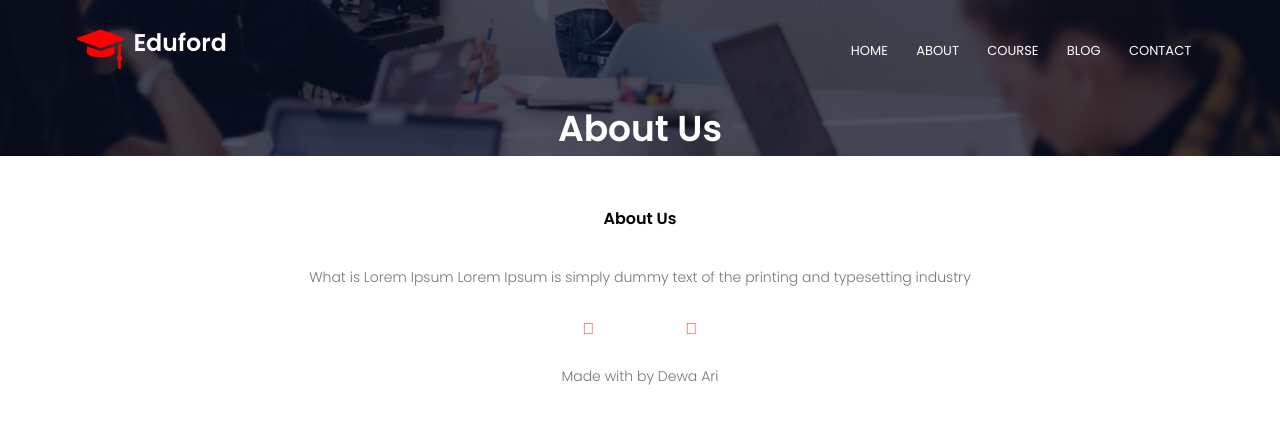
Repository: dewaary/company-profile
Page: about.html
The author's editor kept a copy of each file at every save. The page is drawn from the files as they stood at one save, then again after the next save.
The browser window is 1280 px wide. The pictures show the whole page.

Above is the page before, as saved 2021-05-07 23:16:14.

### about.html
<!DOCTYPE html>
<html lang="en">

<head>
    <meta charset="UTF-8" />
    <meta http-equiv="X-UA-Compatible" content="IE=edge" />
    <meta name="viewport" content="width=device-width, initial-scale=1.0" />
    <title>University Website Design</title>
    <link rel="stylesheet" href="style.css" />
    <link rel="preconnect" href="https://fonts.gstatic.com" />
    <link href="https://fonts.googleapis.com/css2?family=Poppins:wght@200;300;400;600;700&display=swap"
        rel="stylesheet" />
    <link rel="stylesheet"
        href="https://cdn.jsdelivr.net/npm/@fortawesome/fontawesome-free@5.15.3/css/fontawesome.min.css" />
</head>

<body>
    <section class="sub-header">
        <nav>
            <a href="index.html"><img src="images/logo.png" /></a>
            <div class="nav-links" id="navLinks">
                <i class="fa fa-times" onclick="hideMenu()"></i>
                <ul>
                    <li><a href="">HOME</a></li>
                    <li><a href="">ABOUT</a></li>
                    <li><a href="">COURSE</a></li>
                    <li><a href="">BLOG</a></li>
                    <li><a href="">CONTACT</a></li>
                </ul>
            </div>
            <i class="fa fa-bars" onclick="showMenu()"></i>
        </nav>
        <h1>About Us</h1>
    </section>



    <section class="footer">
        <h4>About Us</h4>
        <p>
            What is Lorem Ipsum Lorem Ipsum is simply dummy text of the printing and
            typesetting industry
        </p>
        <div class="icons">
            <i class="fa fa-facebook"></i>
            <i class="fa fa-Twitter"></i>
            <i class="fa fa-Instagram"></i>
            <i class="fa fa-linkedin"></i>
        </div>
        <p>Made with <i class="fa fa-heart-0"></i>by Dewa Ari</p>
    </section>

    <!---- Javascript for Toggle Menu ---->
    <script>
        var navLinks = document.getElementById("navLinks");

        function showMenu() {
            navLinks.style.right = "0";
        }
        function hideMenu() {
            navLinks.style.right = "-200px";
        }
    </script>
</body>

</html>

### style.css
* {
  margin: 0;
  padding: 0;
  font-family: "Poppins", sans-serif;
}

.header {
  min-height: 100vh;
  width: 100%;
  background-image: linear-gradient(rgba(4, 9, 30, 0.7), rgba(4, 9, 30, 0.7)),
    url(images/banner.png);
  background-position: center;
  background-size: cover;
  position: relative;
}

nav {
  display: flex;
  padding: 2% 6%;
  justify-content: space-between;
  align-items: center;
}

nav img {
  width: 150px;
}

.nav-links {
  flex: 1;
  text-align: right;
}

.nav-links ul li {
  list-style: none;
  display: inline-block;
  padding: 8px 12px;
  position: relative;
}

.nav-links ul li a {
  color: #fff;
  text-decoration: none;
  font-size: 13px;
}

.nav-links ul li::after {
  content: "";
  width: 0%;
  height: 2px;
  background: #f44336;
  display: block;
  margin: auto;
  transition: 0.5s;
}

.nav-links ul li:hover::after {
  width: 100%;
}

.text-box {
  width: 90%;
  color: #fff;
  position: absolute;
  top: 50%;
  left: 50%;
  transform: translate(-50%, -50%);
  text-align: center;
}

.text-box h1 {
  font-size: 62px;
}

.text-box p {
  margin: 10px 0 40px;
  font-size: 14px;
  color: #fff;
}

.hero-btn {
  display: inline-block;
  text-decoration: none;
  color: #fff;
  border: 1px solid #fff;
  padding: 12px 34px;
  font-size: 13px;
  background: transparent;
  position: relative;
  cursor: pointer;
}

.hero-btn:hover {
  border: 1px solid #f44336;
  background: #f44336;
  transition: 1s;
}

nav .fa {
  display: none;
}

@media (max-width: 700px) {
  .text-box h1 {
    font-size: 20px;
  }

  .nav-links ul li {
    display: block;
  }
  .nav-links {
    position: absolute;
    background: #f44336;
    height: 100vh;
    width: 200px;
    top: 0;
    right: -200px;
    text-align: left;
    z-index: 2;
    transition: 1s;
  }

  nav .fa {
    display: block;
    color: #fff;
    margin: 10px;
    font-size: 22px;
    cursor: pointer;
  }

  .nav-links ul {
    padding: 30px;
  }
}

/*---- Course ------ */

.course {
  width: 80%;
  margin: auto;
  text-align: center;
  padding-top: 100px;
}

h1 {
  font-size: 36px;
  font-weight: 600;
}

p {
  color: #777;
  font-size: 14px;
  font-weight: 300;
  line-height: 22px;
  padding: 10px;
}

.row {
  margin-top: 5%;
  display: flex;
  justify-content: space-between;
}

.course-col {
  flex-basis: 31%;
  background: #fff3f3;
  border-radius: 10px;
  margin-bottom: 5%;
  padding: 20px 12px;
  box-sizing: border-box;
  transition: 0.5s;
}

h3 {
  text-align: center;
  font-weight: 600;
  margin: 10px 0;
}

.course-col:hover {
  box-shadow: 0 0 20px 0px rgba(0, 0, 0, 0.2);
}

@media (max-width: 700px) {
  .row {
    flex-direction: column;
  }
}

.campus {
  width: 80%;
  margin: auto;
  text-align: center;
  padding-top: 50px;
}

.campus-col {
  flex-basis: 32%;
  border-radius: 10px;
  margin-bottom: 30px;
  position: relative;
  overflow: hidden;
}
.campus-col img {
  width: 100%;
  display: block;
}

.layer {
  background: transparent;
  height: 100%;
  width: 100%;
  position: absolute;
  top: 0;
  left: 0;
  transition: 0.5s;
}

.layer:hover {
  background: rgba(226, 0, 0, 0.7);
}

.layer h3 {
  width: 100%;
  font-weight: 500;
  color: #fff;
  font-size: 26px;
  bottom: 0;
  left: 50%;
  transform: translateX(-50%);
  position: absolute;
  transition: 0.5s;
}

.layer:hover h3 {
  bottom: 49%;
  opacity: 1;
}

.facilities {
  width: 80%;
  margin: auto;
  text-align: center;
  padding-top: 100px;
}

.facilities-col {
  flex-basis: 31%;
  border-radius: 10px;
  margin-bottom: 5%;
  text-align: left;
}

.facilities-col img {
  width: 100%;
  border-radius: 10px;
}

.facilities-col p {
  padding: 0%;
}

.facilities-col h3 {
  margin-top: 16px;
  margin-bottom: 15px;
  text-align: left;
}

.testimonials {
  width: 80%;
  margin: auto;
  padding-top: 100px;
  text-align: center;
}

.testimonials-col {
  flex-basis: 44%;
  border-radius: 10px;
  margin-bottom: 5%;
  text-align: left;
  background: #fff3f3;
  padding: 25px;
  cursor: pointer;
  display: flex;
}

.testimonials-col img {
  height: 40px;
  margin-left: 5px;
  margin-right: 30px;
  border-radius: 50%;
}

.testimonials-col p {
  padding: 0;
}

.testimonials-col h3 {
  margin-top: 15px;
  text-align: left;
}

.testimonials-col .fa {
  color: #f44336;
}

@media (max-width: 700px) {
  .testimonials-col img {
    margin-left: 0px;
    margin-right: 15px;
  }
}

.cta {
  margin: 100px auto;
  width: 80%;
  background-image: linear-gradient(rgba(0, 0, 0, 0.7), rgba(0, 0, 0, 0.7)),
    url(images/banner2.jpg);
  background-position: center;
  background-size: cover;
  border-radius: 10px;
  text-align: center;
  padding: 100px 0;
}

.cta h1 {
  color: #fff;
  margin-bottom: 40px;
  padding: 0;
}

@media (max-width: 700px) {
  .cta h1 {
    font-size: 20px;
  }
}

.footer {
  width: 100%;
  text-align: center;
  padding: 30px 0;
}

.footer h4 {
  margin-bottom: 25px;
  margin-top: 20px;
  font-weight: 600;
}

.icons .fa {
  color: #f44336;
  margin: 0 13px;
  cursor: pointer;
  padding: 18px 0;
}

.fa-heart-0 {
  color: #f44336;
}


/*--------- About Us Page --------- */

.sub-header {
  height: 50v;
  width: 100%;
  background-image: linear-gradient(rgba(4, 9, 30, 0.7), rgba(4, 9, 30, 0.7)),
    url(images/banner2.jpg);
  background-position: center;
  background-size: cover;
  text-align: center;
  color:#fff;
}

After the next save:
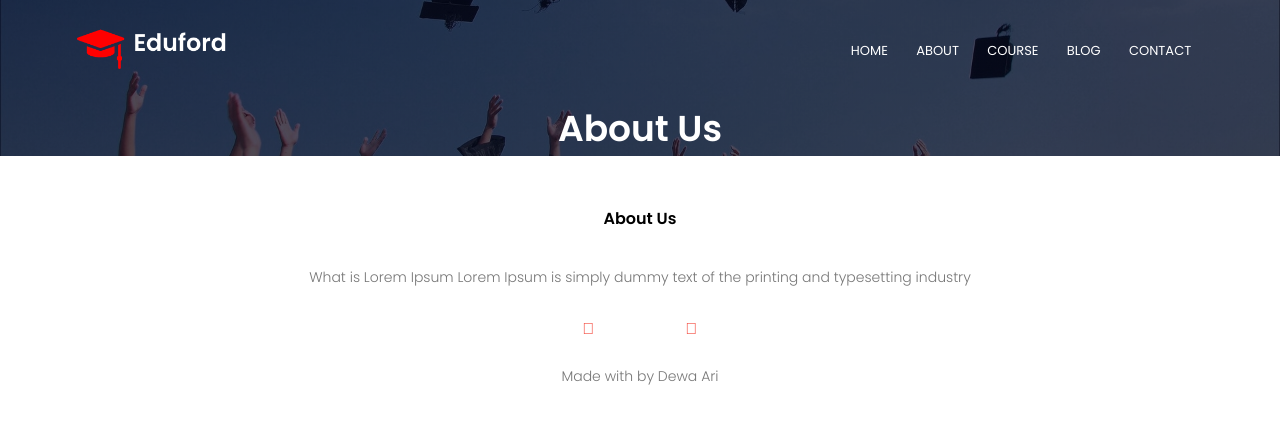
Saved 29 s later.
--- a/style.css
+++ b/style.css
@@ -364,7 +364,7 @@ h3 {
   height: 50v;
   width: 100%;
   background-image: linear-gradient(rgba(4, 9, 30, 0.7), rgba(4, 9, 30, 0.7)),
-    url(images/banner2.jpg);
+    url(images/background.jpg);
   background-position: center;
   background-size: cover;
   text-align: center;
